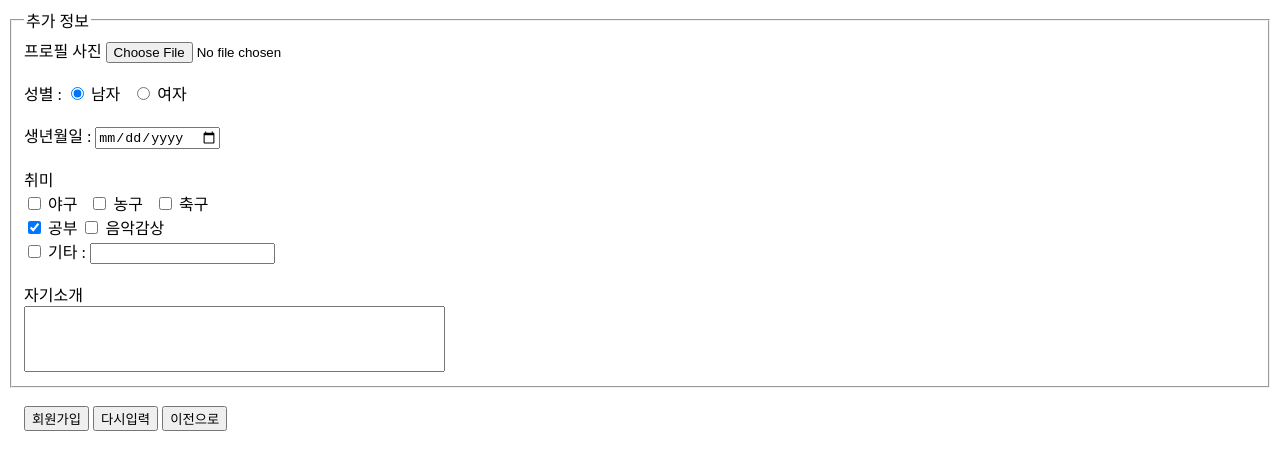
Repository: chuhj1226/servlet
Page: workspace/study/WebContent/views/servlet.html
These files come from the project's save history. The page is drawn as it stood at one moment and after the next save; the edit follows.
The browser window is 1280 px wide. The pictures show the whole page.

Above is the page before, as saved 2021-10-04 15:39:18.

After the next save:
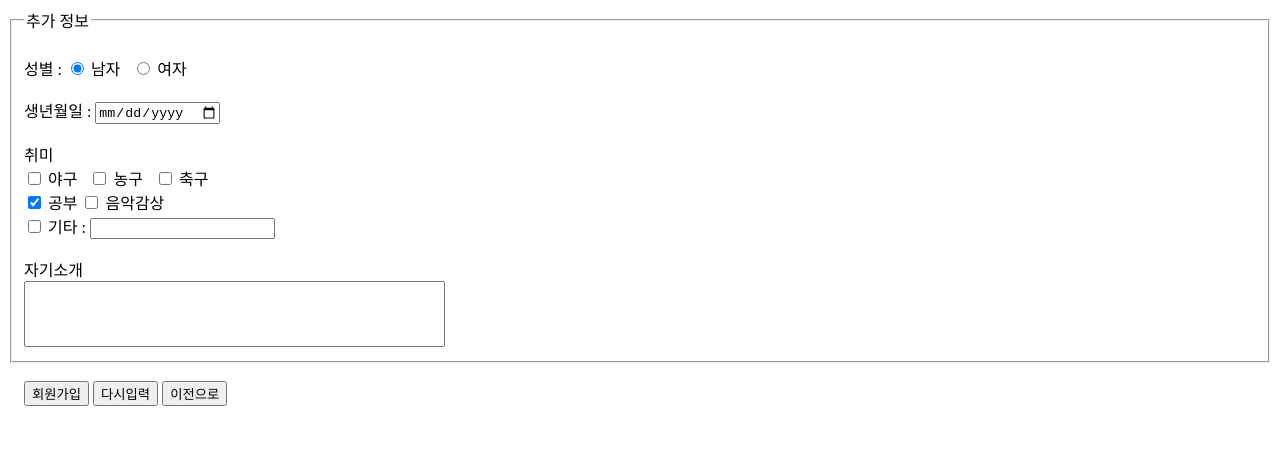
Saved 97 s later.
--- a/workspace/study/WebContent/views/servlet.html
+++ b/workspace/study/WebContent/views/servlet.html
@@ -10,10 +10,7 @@
         <fieldset>
             <legend>추가 정보</legend>
 
-            <label for="profile">프로필 사진</label>
-            <input type="file" name="profile" id="profile">
-
-            <br><br>
+            <br>
 
             <label>성별 : </label>
             <input type="radio" id="male" name="gender" value="M" checked>
